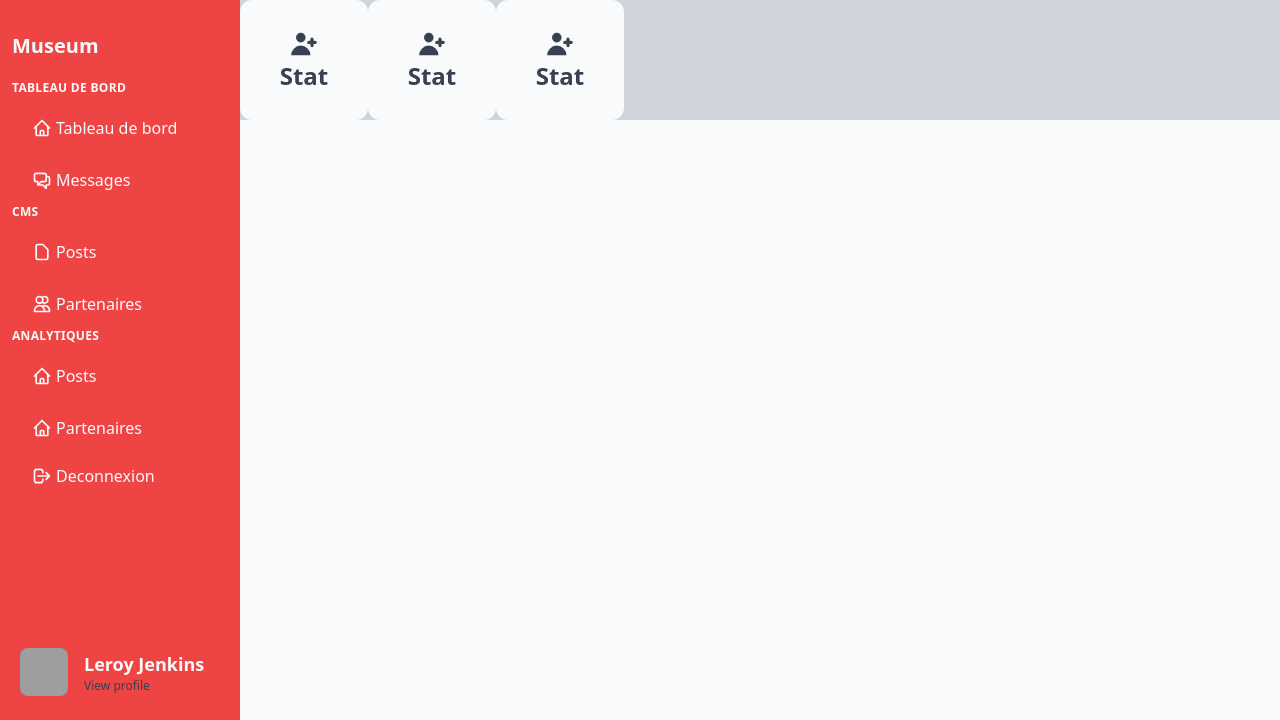
Repository: erulabs243/museum
Page: /dashboard
The author's editor kept a copy of each file at every save. The page is drawn from the files as they stood at one save, then again after the next save.
The browser window is 1280 px wide. The pictures show the whole page.
Pictures or frames that could not be fetched are drawn as grey boxes. The project was rebuilt for these pictures with package versions that can differ from the ones it lists, and the page was loaded fresh each time. Also part of the build but not shown: vite.config.js, src/pages/admin/Home.jsx, src/components/atoms/headers/NavLink.jsx, src/components/atoms/headers/Button.jsx, src/components/atoms/TagBadge.jsx, src/components/atoms/MyAudioPlayer.jsx, src/components/atoms/MyVideoPlayer.jsx, src/components/atoms/MediaCard.jsx and 23 more.

Above is the page before, as saved 2022-08-10 20:37:49.

### index.html
<!DOCTYPE html>
<html lang="en">
  <head>
    <meta charset="UTF-8" />
    <link rel="icon" type="image/svg+xml" href="/vite.svg" />
    <link rel="stylesheet" href="src/theme/App.css">
    <meta name="viewport" content="width=device-width, initial-scale=1.0" />
    <title>Museum...</title>
  </head>
  <body class="bg-gray-50">
    <div id="root"></div>
    <script type="module" src="/src/main.jsx"></script>
  </body>
</html>

### src/App.jsx
'use strict';

import { BrowserRouter, Route, Routes } from 'react-router-dom';
import { AdminRoutes, CommonsRoutes, UserRoutes, AuthRoutes } from './routes';

const App = () => {
    return (
        <BrowserRouter>
            <Routes>
                {AuthRoutes.map((route) => (
                    <Route path={route.path} key={route.path} element={route.element} />
                ))}
                {UserRoutes.map((route) => (
                    <Route path={route.path} key={route.path} element={route.element} />
                ))}
                {AdminRoutes.map((route) => (
                    <Route path={route.path} key={route.path} element={route.element} />
                ))}
                {CommonsRoutes.map((route) => (
                    <Route path={route.path} key={route.path} element={route.element} />
                ))}
            </Routes>
        </BrowserRouter>
    );
};

export default App;

### src/routes/index.jsx
'use strict';

import AdminRoutes from "./AdminRoutes";
import CommonsRoutes from "./CommonsRoutes";
import UserRoutes from "./UserRoutes";
import AuthRoutes from "./AuthRoutes";

export {UserRoutes, AdminRoutes, CommonsRoutes, AuthRoutes};

### src/routes/AdminRoutes.jsx
'use strict';

import { Contact, Dashboard, Post } from '../pages/admin';

const AdminRoutes = [
    {
        path: '/dashboard',
        element: <Dashboard />
    },
    {
        path: '/post',
        element: <Post />
    },
    {
        path: '/contacts',
        element: <Contact />
    }
];

export default AdminRoutes;

### src/routes/CommonsRoutes.jsx
'use strict';

import { NotFound } from '../pages/commons';

const CommonsRoutes = [
    {
        path: '*',
        element: <NotFound />
    }
];

export default CommonsRoutes;

### src/routes/UserRoutes.jsx
'use strict';

import {
    About,
    Contact,
    Gallery,
    Home,
    Library,
    Podcast,
    Story,
    Testimonials,
    Videos
} from '../pages/user';

const UserRoutes = [
    {
        path: '/',
        element: <Home />
    },
    {
        path: '/contact',
        element: <Contact />
    },
    {
        path: '/library',
        element: <Library />
    },
    {
        path: '/stories',
        element: <Testimonials />
    },
    {
        path: '/stories/:slug',
        element: <Story />
    },
    {
        path: '/gallery',
        element: <Gallery />
    },
    {
        path: '/videos',
        element: <Videos />
    },
    {
        path: '/podcast',
        element: <Podcast />
    },
    {
        path: '/about',
        element: <About />
    }
];

export default UserRoutes;

### src/routes/AuthRoutes.jsx
'use strict';

import { Login } from '../pages/auth';

const AuthRoutes = [
    {
        path: '/login',
        element: <Login />
    }
];

export default AuthRoutes;

### src/pages/admin/index.jsx
'use strict';

import Home from './Home';
import Dashboard from './Dashboard';
import Contact from './Contact';
import Post from './Post';

export { Home, Dashboard, Contact, Post };

### src/pages/commons/index.jsx
'use strict';

import NotFound from './NotFound';

export { NotFound };

### src/pages/user/index.jsx
'use strict';

import Blog from './Blog';
import Contact from './Contact';
import Gallery from './Gallery';
import Library from './Library';
import Podcast from './Podcast';
import Testimonials from './Testimonials';
import Videos from './Videos';
import Home from './Home';
import Story from './Story';
import About from './About';

export { Home, Blog, Contact, Gallery, Library, Podcast, Testimonials, Videos, Story, About };

### src/pages/auth/index.jsx
'use strict';

import Login from "./Login";

export {Login};

### src/pages/admin/Dashboard.jsx
'use strict';

import { OverviewStat } from '../../components/atoms';
import { AdminSidebar } from '../../components/sections';

const Dashboard = () => {
    return (
        <main className="bg-gray-300 flex flex-row">
            <AdminSidebar />

            <aside className="flex flex-row">
                <div className="w-60"></div>
                <div>
                    {/* OVERVIEW */}
                    <section className="flex flex-row justify-between w-full">
                        {[...Array(3)].map((elt, idx) => (
                            <OverviewStat key={idx} />
                        ))}
                    </section>
                </div>
            </aside>
        </main>
    );
};

export default Dashboard;

### src/components/atoms/index.jsx
'use strict';

import NavLink from './headers/NavLink';
import Button from './headers/Button';
import TagBadge from './TagBadge';
import MyAudioPlayer from './MyAudioPlayer';
import MyVideoPlayer from './MyVideoPlayer';
import MediaCard from './MediaCard';
import OverviewStat from './OverviewStat';

export { Button, NavLink, TagBadge, MyAudioPlayer, MyVideoPlayer, MediaCard, OverviewStat };

### src/components/sections/index.jsx
'use strict';

import Navbar from './Navbar';
import Footer from './Footer';
import Testimonial from './Testimonial';
import LibraryHeader from './LibraryHeader';
import Pagination from './Pagination';
import Article from './Article';
import Image from './Image';
import Modal from './Modal';
import AdminSidebar from './AdminSidebar';

export {
    Navbar,
    Footer,
    Testimonial,
    LibraryHeader,
    Pagination,
    Article,
    Image,
    Modal,
    AdminSidebar
};

### src/components/atoms/OverviewStat.jsx
'use strict';

import { UserAddIcon } from '@heroicons/react/solid';

const OverviewStat = () => {
    return (
        <div className="w-32 bg-gray-50 rounded-xl p-7 text-gray-700">
            <UserAddIcon className="w-8 h-8 mx-auto" />
            <h1 className="text-center font-bold text-2xl">Stat</h1>
        </div>
    );
};

export default OverviewStat;

### src/components/sections/AdminSidebar.jsx
'use strict';

import {
    HomeIcon,
    LogoutIcon,
    ChatAlt2Icon,
    DocumentIcon,
    UsersIcon
} from '@heroicons/react/outline';
import { Link } from 'react-router-dom';

const AdminSidebar = () => {
    return (
        <div className="flex flex-col h-screen p-3 w-60 bg-red-500 text-gray-50 fixed top-0">
            <div className="flex flex-col py-5 font-semibold text-xl">
                <Link to="/dashboard" className="text-gray-50">
                    Museum
                </Link>
            </div>

            <div className="space-y-2">
                <h2 className="text-xs font-semibold tracking-wide uppercase dark:text-gray-700">
                    Tableau de bord
                </h2>
                <div className="flex flex-col space-y-1">
                    <a
                        rel="noopener noreferrer"
                        href="#"
                        className="flex flex-row items-center py-3 px-5 rounded-lg hover:bg-gray-700">
                        <HomeIcon className="w-5 h-5 mr-1" />
                        <span>Tableau de bord</span>
                    </a>
                    <a
                        rel="noopener noreferrer"
                        href="#"
                        className="flex flex-row items-center py-3 px-5 rounded-lg hover:bg-gray-700">
                        <ChatAlt2Icon className="w-5 h-5 mr-1" />
                        <span>Messages</span>
                    </a>
                </div>
            </div>
            <div className="space-y-2">
                <h2 className="text-xs font-semibold tracking-wide uppercase dark:text-gray-700">
                    CMS
                </h2>
                <div className="flex flex-col space-y-1">
                    <a
                        rel="noopener noreferrer"
                        href="#"
                        className="flex flex-row items-center py-3 px-5 rounded-lg hover:bg-gray-700">
                        <DocumentIcon className="w-5 h-5 mr-1" />
                        <span>Posts</span>
                    </a>
                    <a
                        rel="noopener noreferrer"
                        href="#"
                        className="flex flex-row items-center py-3 px-5 rounded-lg hover:bg-gray-700">
                        <UsersIcon className="w-5 h-5 mr-1" />
                        <span>Partenaires</span>
                    </a>
                </div>
            </div>
            <div className="space-y-2">
                <h2 className="text-xs font-semibold tracking-wide uppercase dark:text-gray-700">
                    Analytiques
                </h2>
                <div className="flex flex-col space-y-1">
                    <a
                        rel="noopener noreferrer"
                        href="#"
                        className="flex flex-row items-center py-3 px-5 rounded-lg hover:bg-gray-700">
                        <HomeIcon className="w-5 h-5 mr-1" />
                        <span>Posts</span>
                    </a>
                    <a
                        rel="noopener noreferrer"
                        href="#"
                        className="flex flex-row items-center py-3 px-5 rounded-lg hover:bg-gray-700">
                        <HomeIcon className="w-5 h-5 mr-1" />
                        <span>Partenaires</span>
                    </a>
                </div>
            </div>
            <div className="space-y-2">
                <div className="flex flex-col space-y-1">
                    <a
                        rel="noopener noreferrer"
                        href="#"
                        className="flex flex-row items-center py-3 px-5 rounded-lg hover:bg-gray-700">
                        <LogoutIcon className="w-5 h-5 mr-1" />
                        <span>Deconnexion</span>
                    </a>
                </div>
            </div>
            <div className="flex items-center p-2 mt-12 space-x-4 justify-self-end absolute bottom-4">
                <img
                    src="https://source.unsplash.com/100x100/?portrait"
                    alt=""
                    className="w-12 h-12 rounded-lg bg-gray-500"
                />
                <div>
                    <h2 className="text-lg font-semibold">Leroy Jenkins</h2>
                    <span className="flex items-center space-x-1">
                        <a
                            rel="noopener noreferrer"
                            href="#"
                            className="text-xs hover:underline text-gray-700">
                            View profile
                        </a>
                    </span>
                </div>
            </div>
        </div>
    );
};

export default AdminSidebar;

Loaded but not shown: src/main.jsx (common file); src/theme/App.css (2450 lines, source omitted)

After the next save:
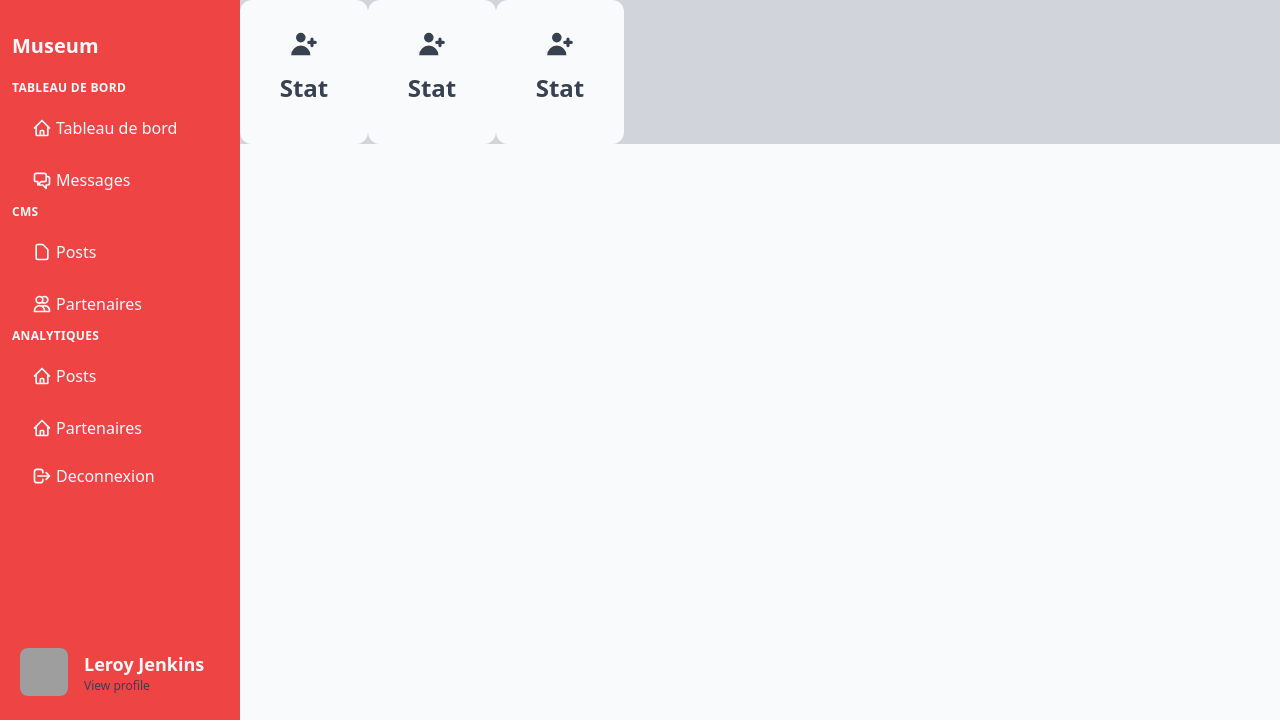
Saved 7 s later.
--- a/src/components/atoms/OverviewStat.jsx
+++ b/src/components/atoms/OverviewStat.jsx
@@ -6,7 +6,7 @@ const OverviewStat = () => {
     return (
         <div className="w-32 bg-gray-50 rounded-xl p-7 text-gray-700">
             <UserAddIcon className="w-8 h-8 mx-auto" />
-            <h1 className="text-center font-bold text-2xl">Stat</h1>
+            <h1 className="text-center font-bold text-2xl py-3">Stat</h1>
         </div>
     );
 };
